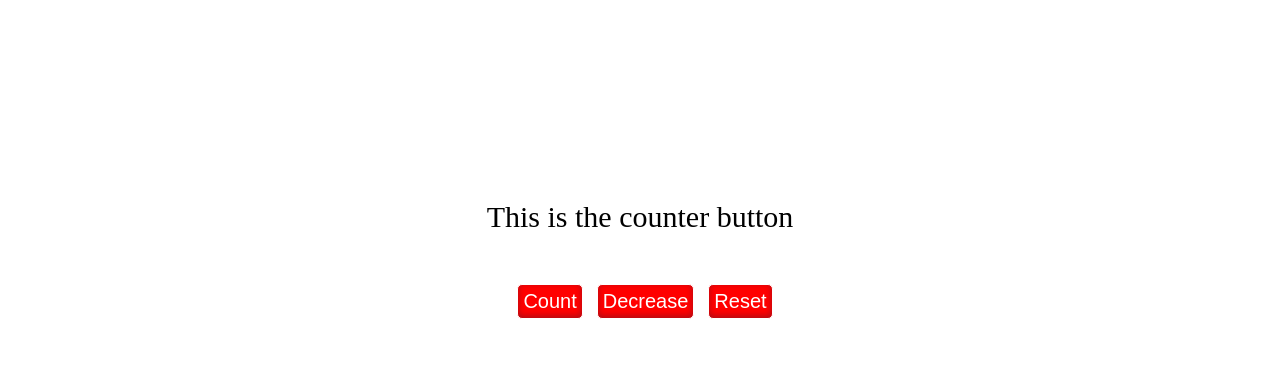
Repository: Aditya0377/Assignments
Page: Assignment/javascript practise/Counter.html
These files come from the project's save history. The page is drawn as it stood at one moment and after the next save; the edit follows.
The browser window is 1280 px wide. The pictures show the whole page.
After loading, the first visible `button[onclick="counterdecrement()"]` was clicked once.

Above is the page before, as saved 2024-02-23 21:18:01.
Console error: ReferenceError: counterdecrement is not defined

### Assignment/javascript practise/Counter.html
<!DOCTYPE html>
<html lang="en">

<head>
    <meta charset="UTF-8">
    <meta name="viewport" content="width=device-width, initial-scale=1.0">
    <title>Counter</title>
</head>
<style>
    * {
        box-sizing: border-box;
        margin: 0px;
        padding: 0px;
    }

    body {
        height: 100%;
        display: flex;
        justify-content: center;
        align-items: center;
        flex-direction: column;
        margin-top: 200px;
    }

    P {
        font-size: 30px;
    }

    div {
        margin-top: 50px;
    }

    button {
        color: white;
        background-color: red;
        border: 1px solid;
        font-size: 20px;
        padding: 5px;
        box-shadow: rgba(50, 50, 93, 0.25) 0px 50px 100px -20px, rgba(0, 0, 0, 0.3) 0px 30px 60px -30px, rgba(10, 37, 64, 0.35) 0px -2px 6px 0px inset;
        border-radius: 5px;
        margin-left: 10px;
    }

    button:hover {
        cursor: pointer;
    }
</style>

<body>
    <p>This is the counter button</p>
    <p id="number"></p>
    <div>
        <button onclick="counterincrement()">Count</button>
        <button onclick="counterdecrement()">Decrease</button>
        <button onclick="counterreset()">Reset</button>
    </div>
    <script>
        let count = 0;
        function counterincrement() {
            count++;
            document.getElementById("number").innerHTML = count;
            document.getElementById("numebr").innerHTML
        }

    </script>
</body>

</html>

After the next save:
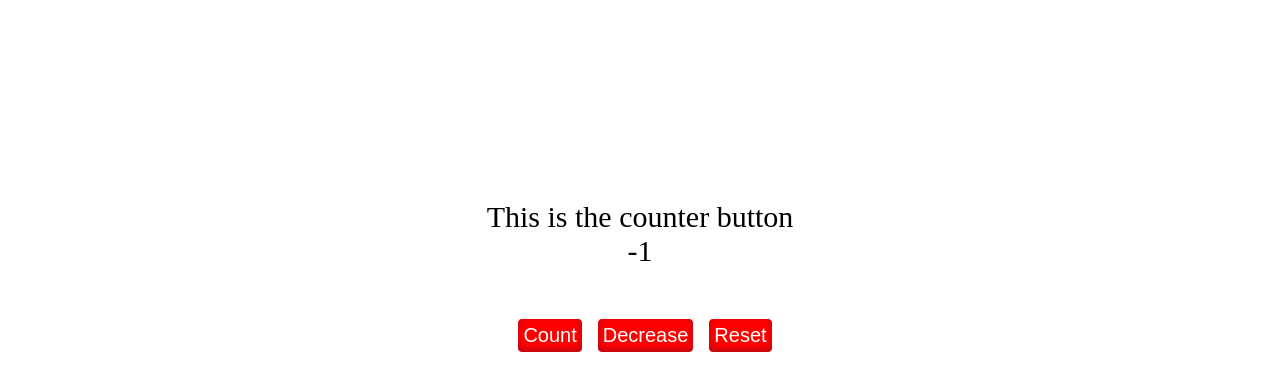
Console error: TypeError: Cannot read properties of null (reading 'innerHTML')
Saved 89 s later.
--- a/Assignment/javascript practise/Counter.html
+++ b/Assignment/javascript practise/Counter.html
@@ -61,6 +61,11 @@
             document.getElementById("number").innerHTML = count;
             document.getElementById("numebr").innerHTML
         }
+        function counterdecrement() {
+            count--;
+            document.getElementById("number").innerHTML = count;
+            document.getElementById("numebr").innerHTML
+        }
 
     </script>
 </body>
